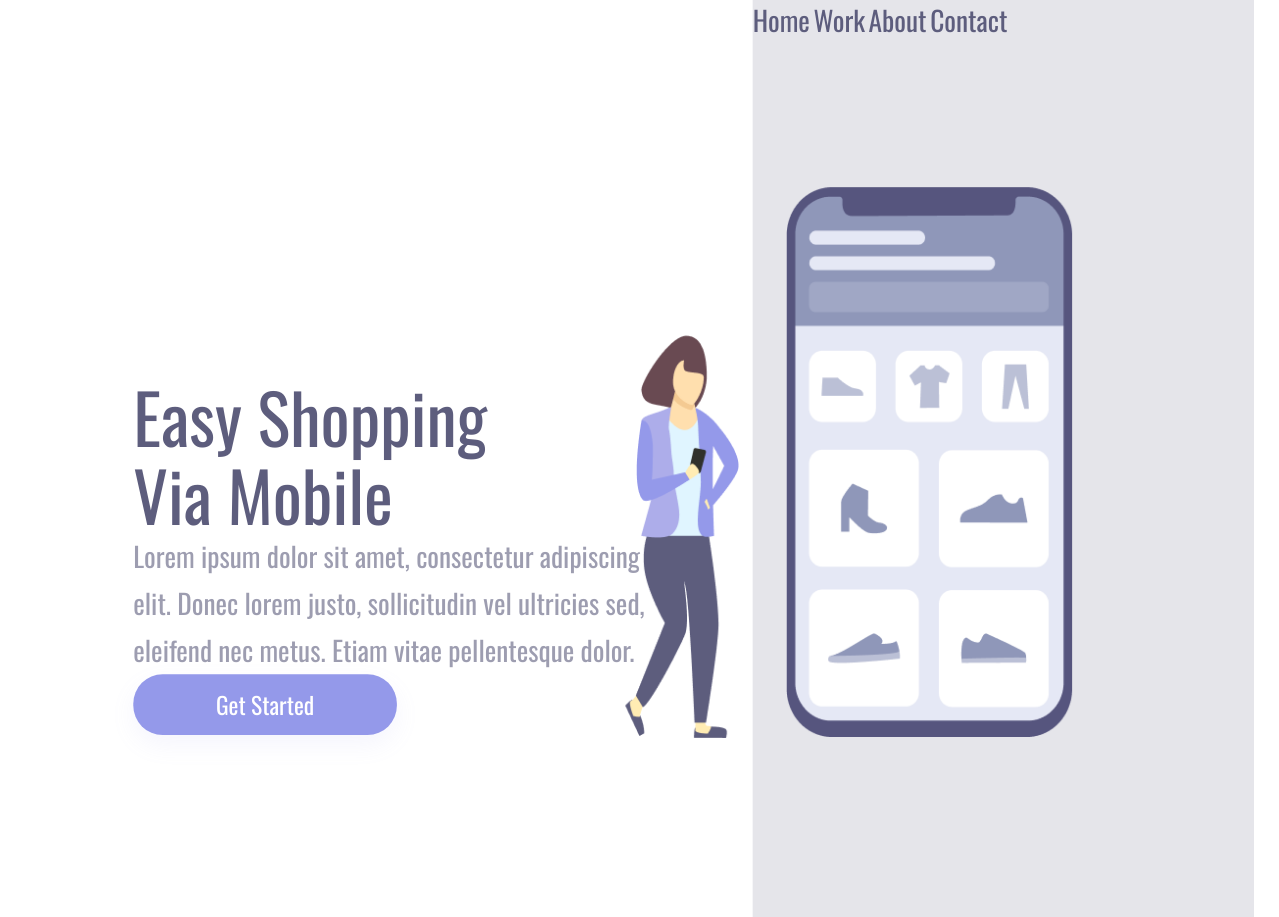
Repository: Leo-Marques-882/Projeto-Git-2
Page: index.html
An editor plug-in stored every save of this project. The page is shown before and after the next save, followed by the edit.
The browser window is 1280 px wide. The page is 1280 px wide, then 1305 px, so the pictures cover 1305 px, including what lies to the right of the window. The pictures show the whole page, at 98% of full size.

Above is the page before, as saved 2023-03-07 00:11:55.

### index.html
<!DOCTYPE html>
<html lang="pt_br">

<head>
    <meta charset="UTF-8">
    <meta http-equiv="X-UA-Compatible" content="IE=edge">
    <meta name="viewport" content="width=device-width, initial-scale=1.0">
    <link rel="stylesheet" href="styless.css">
    <link rel="preconnect" href="https://fonts.googleapis.com">
    <link rel="preconnect" href="https://fonts.gstatic.com" crossorigin>
    <link href="https://fonts.googleapis.com/css2?family=Oswald&display=swap" rel="stylesheet">

    <title>Projeto 1</title>
</head>

<body>
    <div class="wrapper">
        <section class="container-left">
            <h1>Easy Shopping Via Mobile</h1>
            <p>Lorem ipsum dolor sit amet, consectetur adipiscing
                elit. Donec lorem justo, sollicitudin vel ultricies sed,
                eleifend nec metus. Etiam vitae pellentesque dolor. </p>
            <button>Get Started</button>
        </section>
        <section class="container-right">
            <header>
                <a>Home</a>
                <a>Work</a>
                <a>About</a>
                <a>Contact</a>
            </header>
            <img src="./img/Illustration.png" alt="girl-cellphone">
        </section>
    </div>
</body>

</html>

### styless.css
* {
    margin: 0;
    padding: 0;
    box-sizing: border-box;
    font-family: 'Oswald', sans-serif;
}

.wapper {
    height: 100vh;
    ;
    width: 100vw;
}

.container-left {
    display: inline-block;
    width: 60%;
    margin-top: 30%;
    padding-left: 136px;
}

h1 {
    font-weight: 400;
    font-size: 70px;
    line-height: 80px;
    color: #5D5D7D;
    width: 368px;
}

p {
    font-weight: 400;
    font-size: 28px;
    line-height: 48px;
    color: #5D5D7D;
    opacity: 0.6;
    margin: 15px -117;
    width: 540px;
}

button {
    width: 269px;
    height: 62px;
    background: #9499EA;
    box-shadow: 0px 10px 24px rgba(148, 153, 234, 0.0979959);
    font-weight: 400;
    font-size: 24px;
    line-height: 36px;
    text-align: center;
    color: #FFFFFF;
    border-radius: 30px;
    border: none;
    cursor: pointer;
}

button:hover {
    opacity: .8;
}

button:active {
    opacity: .5;
}

.container-right {
    display: inline-block;
    background-color: rgba(93, 93, 125, 0.16);
    height: 130vh;
    width: 40%;
    position: absolute;
}

a {
    width: 59px;
    font-weight: 400px;
    font-size: 28px;
    line-height: 41px;
    color: #5D5D7D;
}

img {
    position: relative;
    top: 16%;
    right: 130px;
}

After the next save:
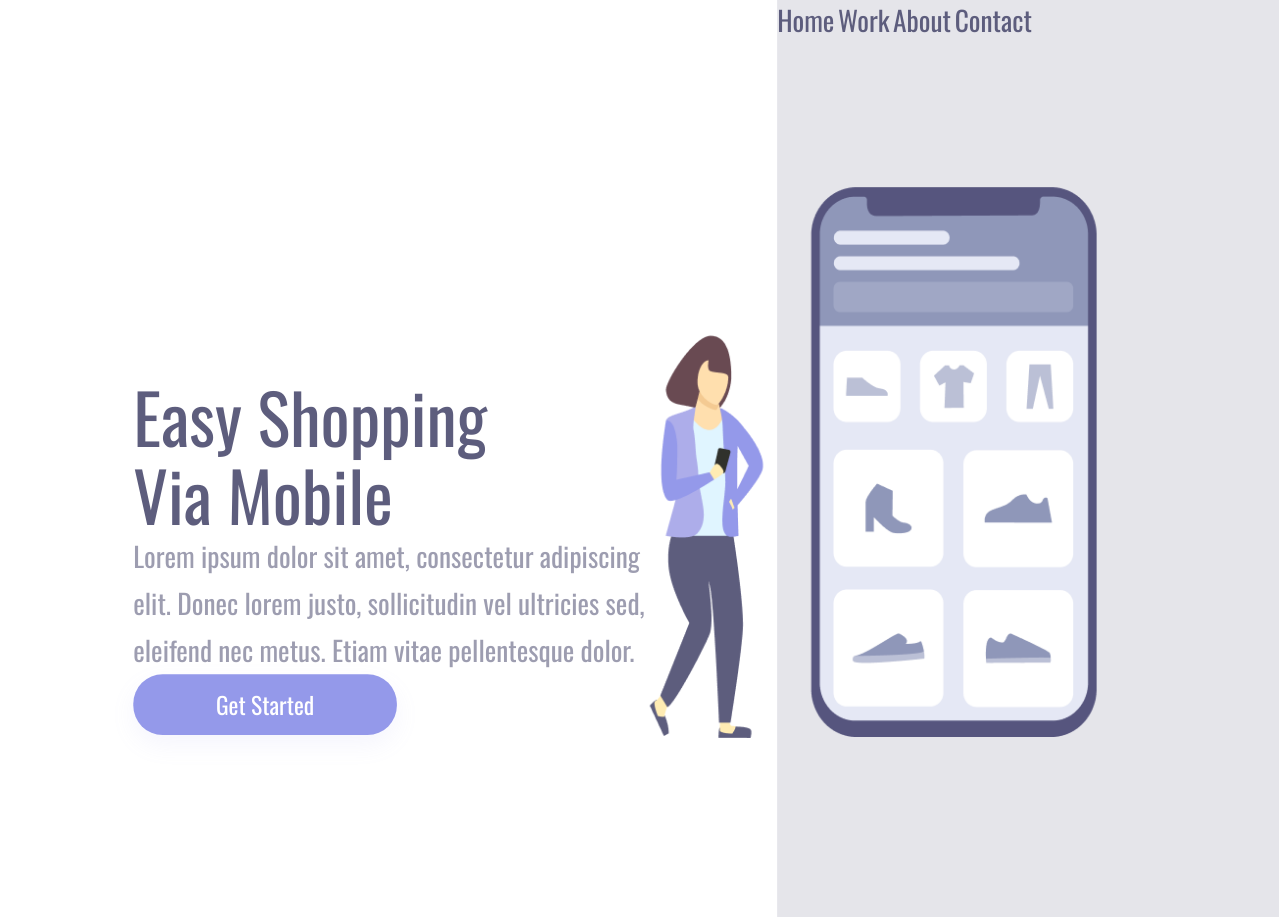
Saved 99 s later.
--- a/styless.css
+++ b/styless.css
@@ -16,6 +16,7 @@
     width: 60%;
     margin-top: 30%;
     padding-left: 136px;
+    margin-right: 25px;
 }
 
 h1 {
